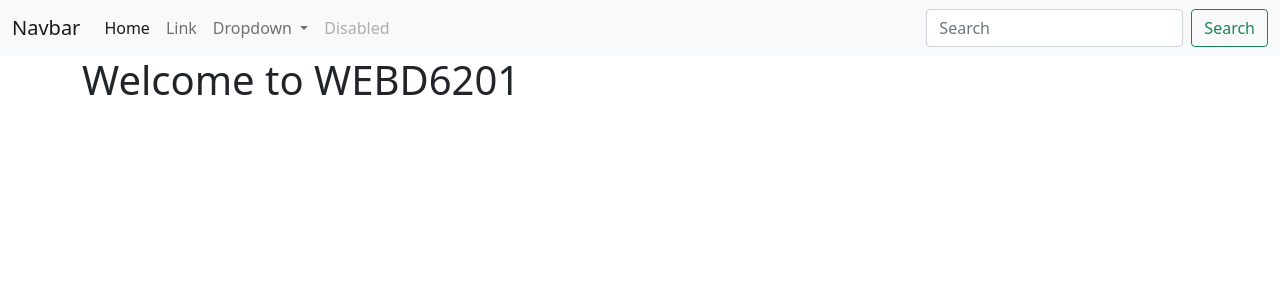
Repository: evanpalmer002/WEBD6201-W2021-Week2A
Page: week2a/index.html
These files come from the project's save history. The page is drawn as it stood at one moment and after the next save; the edit follows.
The browser window is 1280 px wide. The pictures show the whole page.

Above is the page before, as saved 2021-01-19 09:25:20.

### week2a/index.html
<!DOCTYPE html>
<html lang="en">
<head>
    <meta charset="UTF-8">
    <meta name="viewport" content="width=device-width, initial-scale=1.0">
    <title>WEBD6201 - ICE 1</title>
    <!-- CSS Section -->
    <link rel="stylesheet" href="./node_modules/bootstrap/dist/css/bootstrap.min.css">
    <link rel="stylesheet" href="./node_modules/@fortawesome//fontawesome-free/css/all.min.css">
    <link rel="stylesheet" href="./Content/app.css">
</head>
<body>


    <header>

        <nav class="navbar navbar-expand-lg navbar-light bg-light">
            <div class="container-fluid">
              <a class="navbar-brand" href="#">Navbar</a>
              <button class="navbar-toggler" type="button" data-bs-toggle="collapse" data-bs-target="#navbarSupportedContent" aria-controls="navbarSupportedContent" aria-expanded="false" aria-label="Toggle navigation">
                <span class="navbar-toggler-icon"></span>
              </button>
              <div class="collapse navbar-collapse" id="navbarSupportedContent">
                <ul class="navbar-nav me-auto mb-2 mb-lg-0">
                  <li class="nav-item">
                    <a class="nav-link active" aria-current="page" href="#">Home</a>
                  </li>
                  <li class="nav-item">
                    <a class="nav-link" href="#">Link</a>
                  </li>
                  <li class="nav-item dropdown">
                    <a class="nav-link dropdown-toggle" href="#" id="navbarDropdown" role="button" data-bs-toggle="dropdown" aria-expanded="false">
                      Dropdown
                    </a>
                    <ul class="dropdown-menu" aria-labelledby="navbarDropdown">
                      <li><a class="dropdown-item" href="#">Action</a></li>
                      <li><a class="dropdown-item" href="#">Another action</a></li>
                      <li><hr class="dropdown-divider"></li>
                      <li><a class="dropdown-item" href="#">Something else here</a></li>
                    </ul>
                  </li>
                  <li class="nav-item">
                    <a class="nav-link disabled" href="#" tabindex="-1" aria-disabled="true">Disabled</a>
                  </li>
                </ul>
                <form class="d-flex">
                  <input class="form-control me-2" type="search" placeholder="Search" aria-label="Search">
                  <button class="btn btn-outline-success" type="submit">Search</button>
                </form>
              </div>
            </div>
          </nav>
    </header>

    <div class="container">
        <h1>Welcome to WEBD6201</h1>
    </div>

    <footer>

    </footer>

    <!-- JavaScript Section -->
    <script src="./node_modules/jquery/dist/jquery.min.js"></script>
    <script src="./node_modules/bootstrap/dist/js/bootstrap.bundle.min.js"></script>
    <script src="./Scripts/app.js"></script>
</body>
</html>

### week2a/Scripts/app.js
/*custon javascript  goes here */

// - Immediately invoked function Expression

(function()
{

    function Start()
    {
        console.log("App Started...");

    }

    window.addEventListener("load", Start);
})();

Loaded but not shown: week2a/node_modules/bootstrap/dist/css/bootstrap.min.css (library); week2a/node_modules/@fortawesome/fontawesome-free/css/all.min.css (library); week2a/node_modules/jquery/dist/jquery.min.js (library); week2a/node_modules/bootstrap/dist/js/bootstrap.bundle.min.js (library); week2a/Content/app.css (no stored copy; drawn as an empty file)

After the next save:
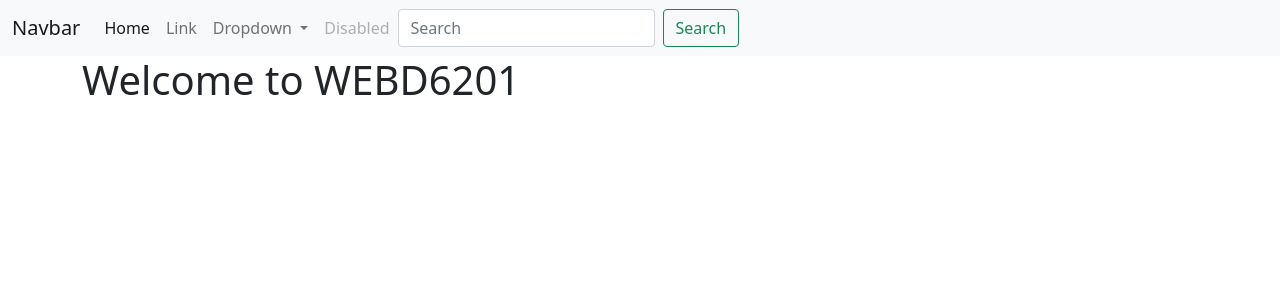
Saved 43 s later.
--- a/week2a/index.html
+++ b/week2a/index.html
@@ -21,7 +21,7 @@
                 <span class="navbar-toggler-icon"></span>
               </button>
               <div class="collapse navbar-collapse" id="navbarSupportedContent">
-                <ul class="navbar-nav me-auto mb-2 mb-lg-0">
+                <ul class="navbar-nav justify-content-end">
                   <li class="nav-item">
                     <a class="nav-link active" aria-current="page" href="#">Home</a>
                   </li>

After the save that followed:
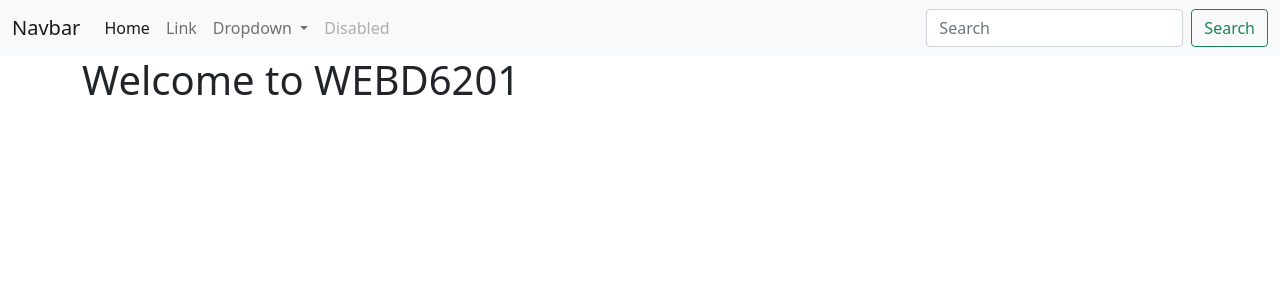
Saved 10 s later.
--- a/week2a/index.html
+++ b/week2a/index.html
@@ -21,7 +21,7 @@
                 <span class="navbar-toggler-icon"></span>
               </button>
               <div class="collapse navbar-collapse" id="navbarSupportedContent">
-                <ul class="navbar-nav justify-content-end">
+                <ul class="navbar-nav me-auto mb-2 mb-lg-0">
                   <li class="nav-item">
                     <a class="nav-link active" aria-current="page" href="#">Home</a>
                   </li>
